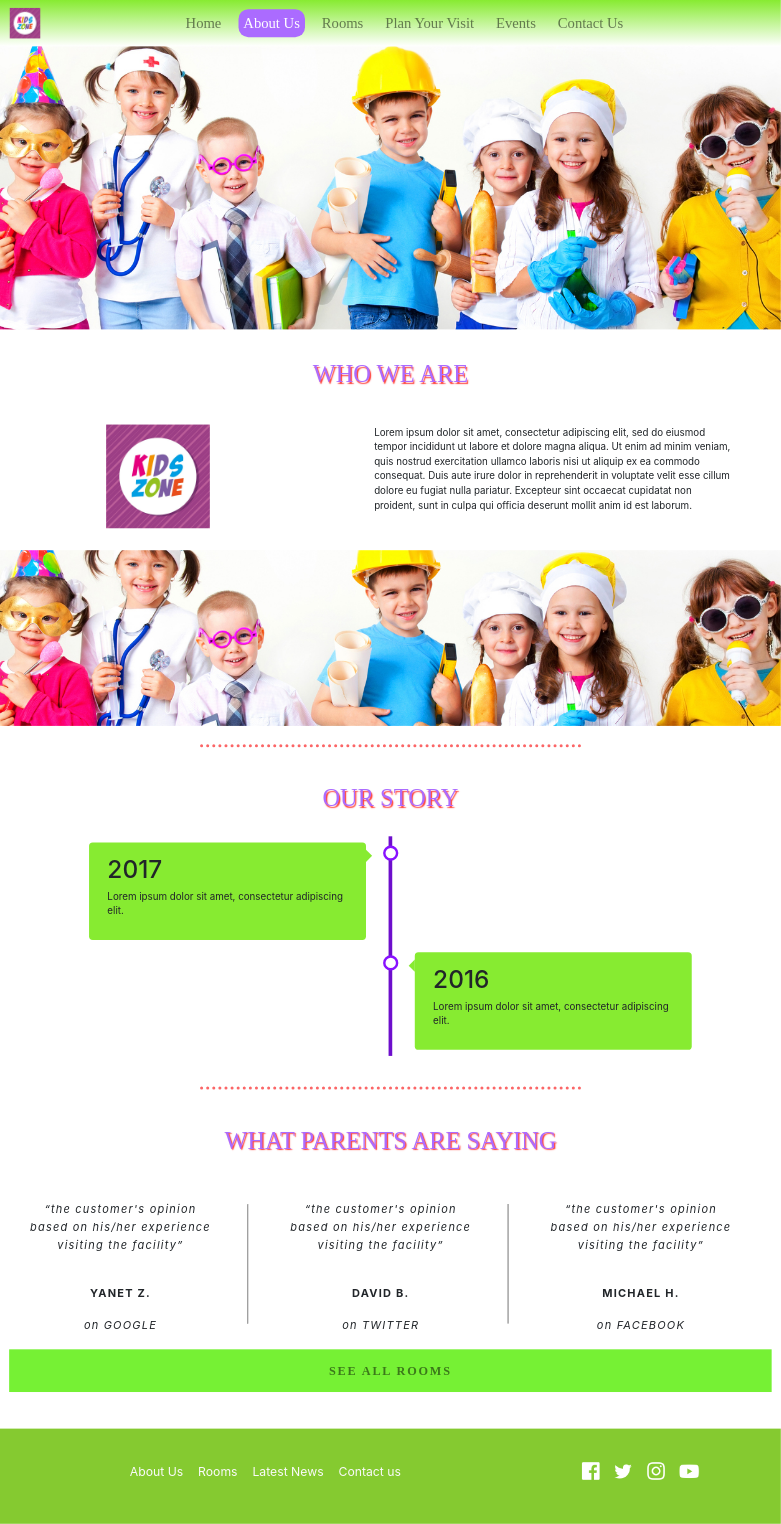
Repository: Code-Institute-Submissions/my-first-frontend-milestone-project
Page: about.html
The author's editor kept a record of every edit. The page is drawn from the files as they stood at one moment, then again after the next edit.
The browser window is 1280 px wide. The pictures show the whole page, at 61% of full size.
Some web fonts or font styles are not loaded; a fallback is used.

Above is the page before.

### about.html
<!DOCTYPE html>
<html lang="en">

<head>
    <meta charset="UTF-8">
    <meta name="viewport" content="width=device-width, initial-scale=1.0">
    <meta http-equiv="X-UA-Compatible" content="ie=edge">
    <script src="https://code.jquery.com/jquery-3.3.1.slim.min.js" integrity="sha384-q8i/X+965DzO0rT7abK41JStQIAqVgRVzpbzo5smXKp4YfRvH+8abtTE1Pi6jizo" crossorigin="anonymous"></script>
    <script src="https://cdnjs.cloudflare.com/ajax/libs/popper.js/1.14.7/umd/popper.min.js" integrity="sha384-UO2eT0CpHqdSJQ6hJty5KVphtPhzWj9WO1clHTMGa3JDZwrnQq4sF86dIHNDz0W1" crossorigin="anonymous"></script>
    <link rel="stylesheet" href="https://stackpath.bootstrapcdn.com/bootstrap/4.3.1/css/bootstrap.min.css" integrity="sha384-ggOyR0iXCbMQv3Xipma34MD+dH/1fQ784/j6cY/iJTQUOhcWr7x9JvoRxT2MZw1T" crossorigin="anonymous">
    <script src="https://stackpath.bootstrapcdn.com/bootstrap/4.3.1/js/bootstrap.min.js" integrity="sha384-JjSmVgyd0p3pXB1rRibZUAYoIIy6OrQ6VrjIEaFf/nJGzIxFDsf4x0xIM+B07jRM" crossorigin="anonymous"></script>
    <link rel="stylesheet" href="https://maxcdn.bootstrapcdn.com/font-awesome/4.7.0/css/font-awesome.min.css" type="text/css" />
    <link rel="stylesheet" href="css/style.css">
    <title>KiddosSpot</title>
</head>

<body>
    <header>
        <!-- Used Bootstrap's code for basic nav. -->
        <nav class="navbar fixed-top navbar-light
         navbar-expand-lg  navbar-fixed-top navstyle">
            <a class="navbar-brand" href="index.html">
           <img src="./images/logo.jpg" width="50" height="50" alt="Kids Spot Logo">
          </a>
            <button class="navbar-toggler" type="button" data-toggle="collapse" data-target="#navbarSupportedContent" aria-controls="navbarSupportedContent" aria-expanded="false" aria-label="Toggle navigation">
              <span class="navbar-toggler-icon"></span>
          </button>
            <div class="collapse navbar-collapse" id="navbarSupportedContent">
                <ul class="nav navbar-nav mr-auto" style=" margin: 0 auto;">
                    <li class="nav-item">
                        <a class="nav-link" href="index.html">Home <span class="sr-only">(current)</span></a>
                    </li>
                    <li class="nav-item active2">
                        <a class="nav-link about-menu" href="about.html">About Us</a>
                    </li>
                    <li class="nav-item">
                        <a class="nav-link" href="rooms.html">Rooms</a>
                    </li>
                    <li class="nav-item">
                        <a class="nav-link" href="planyourvisit.html">Plan Your Visit</a>
                    </li>
                    <li class="nav-item">
                        <a class="nav-link" href="events.html">Events</a>
                    </li>
                    <li class="nav-item">
                        <a class="nav-link" href="contact.html">Contact Us</a>
                    </li>
            </div>
        </nav>
    </header>

    <section>
        <!-- Bootstrap grid approach for columns -->
        <div class="container-fluid">
            <div class="row">
                <div class="col-12 banner-about-us"></div>
            </div>
            <div class="row">
                <div class="col-12 subtitle-about uppercase">
                    <h2>Who we are</h2>
                </div>
            </div>
            <div class="row">
                <div class="col-md-5 about-image">
                    <p><img src="./images/logo.jpg" alt="Logo" style="width:170px;height:170px;margin-right:15px;">
                    </p>
                </div>
                <div class="col-md-7 about-text">
                    <p>Lorem ipsum dolor sit amet, consectetur adipiscing elit, sed do eiusmod tempor incididunt ut labore et dolore magna aliqua. Ut enim ad minim veniam, quis nostrud exercitation ullamco laboris nisi ut aliquip ex ea commodo consequat.
                        Duis aute irure dolor in reprehenderit in voluptate velit esse cillum dolore eu fugiat nulla pariatur. Excepteur sint occaecat cupidatat non proident, sunt in culpa qui officia deserunt mollit anim id est laborum.</p>
                </div>
            </div>
            <div class="row">
                <div class="col-12 about-us-banner-center"></div>
            </div>
            <div class="row">
                <div class="col-md">
                    <div class="dotted-separator">
                    </div>
                    <h2 class="subtitle-about uppercase">Our Story</h2>
                </div>
            </div>
              <!-- Timeline code extracted from W3 Schools -->
            <div class="timeline">
                <div class="container-2 left">
                    <div class="content">
                        <h2>2017</h2>
                        <p>Lorem ipsum dolor sit amet, consectetur adipiscing elit.</p>
                    </div>
                </div>
                <div class="container-2 right">
                    <div class="content">
                        <h2>2016</h2>
                        <p>Lorem ipsum dolor sit amet, consectetur adipiscing elit.</p>
                    </div>
                </div>
            </div>
            <!-- what are people saying? -->
            <div class="row">
                <div class="col-sm-12">
                    <div class="dotted-separator">
                    </div>
                    <h2 class="subtitle-about uppercase">What Parents are Saying</h2>
                </div>
            </div>
            <div class="row">
                <div class="col-md-4">
                    <div class="quote">
                        <blockquote class="customer-review">
                            <q>the customer's opinion based on his/her experience visiting the facility</q>
                        </blockquote>
                        <div class="review-author">
                            <strong>Yanet Z.</strong>
                        </div>
                        <div class="review-author">
                            <p><em style="text-transform:lowercase;">on  </em><cite title="Google">Google</cite></p>
                        </div>
                    </div>
                    <div class="border"></div>
                </div>
                <div class="col-md-4">
                    <div class="quote">
                        <blockquote class="customer-review">
                            <q>the customer's opinion based on his/her experience visiting the facility</q>
                        </blockquote>
                        <div class="review-author">
                            <strong>David B.</strong>
                        </div>
                        <div class="review-author">
                            <p><em style="text-transform:lowercase;">on </em><cite title="Twitter">Twitter</cite></p>
                        </div>
                    </div>
                    <div class="border"></div>
                </div>
                <div class="col-md-4">
                    <div class="quote">
                        <blockquote class="customer-review">
                            <q>the customer's opinion based on his/her experience visiting the facility</q>
                        </blockquote>
                        <div class="review-author">
                            <strong>Michael H.</strong>
                        </div>
                        <div class="review-author">
                            <p><em style="text-transform:lowercase;">on </em><cite title="Facebook">Facebook</cite></p>
                        </div>
                    </div>
                </div>
            </div>
            <div>
            <a class="gallery-btn" href="rooms.html">See All Rooms</a>
        </div>
        </div>
        <!-- container fluid -->
    </section>
    <footer class="container-fluid">
        <div id="footer-details" class="row">
            <div class="col-sm-8">
                <nav id="menu-widget-2">
                    <ul>
                        <li>
                            <a href="about.html">About Us</a></li>
                        <li>
                            <a href="rooms.html">Rooms</a></li>
                        <li>
                            <a href="news.html">Latest News</a></li>
                        <li>
                            <a href="contact.html">Contact us</a></li>
                    </ul>
                </nav>
            </div>
            <div id="social-media" class="col-sm-4">
                <a href="#" target="_blank">
                        <img src="./images/facebook.png">
                </a>
                <a href="#" target="_blank">
                        <img src="./images/twitter.png">
                </a>
                <a href="#" target="_blank">
                        <img src="./images/instagram.png">
                </a>
                <a href="#" target="_blank">
                        <img src="./images/youtube.png">
                </a>
            </div>
        </div>
    </footer>
</body>


</html>

Loaded but not shown: css/style.css (817 lines, source omitted)

After the next edit:
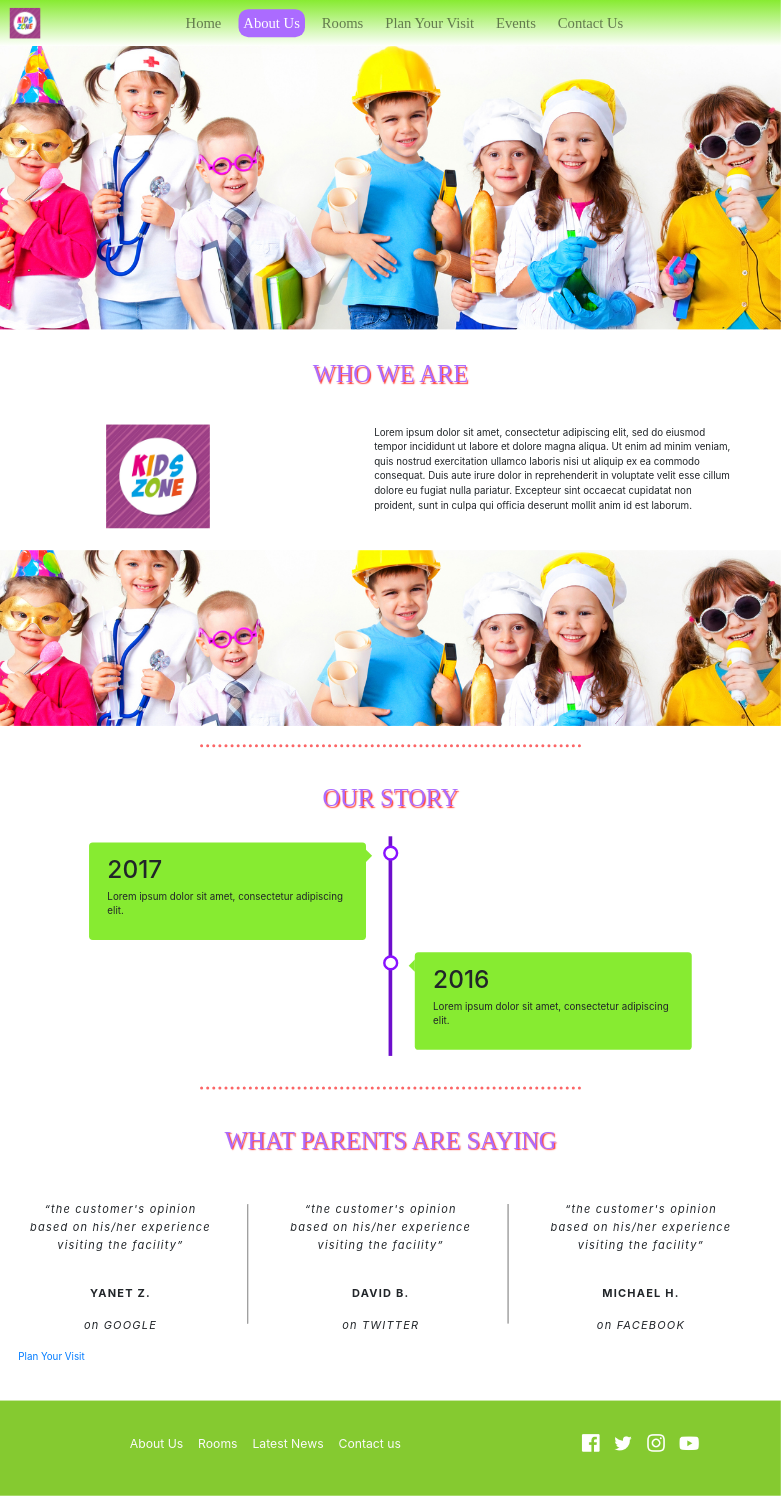
The edit:
--- a/about.html
+++ b/about.html
@@ -146,9 +146,10 @@
                     </div>
                 </div>
             </div>
-            <div>
-            <a class="gallery-btn" href="rooms.html">See All Rooms</a>
-        </div>
+             <div class="container-fluid">
+
+                <a class="planyourvisit-btn" href="planyourvisit.html">Plan Your Visit</a>
+            </div>
         </div>
         <!-- container fluid -->
     </section>
